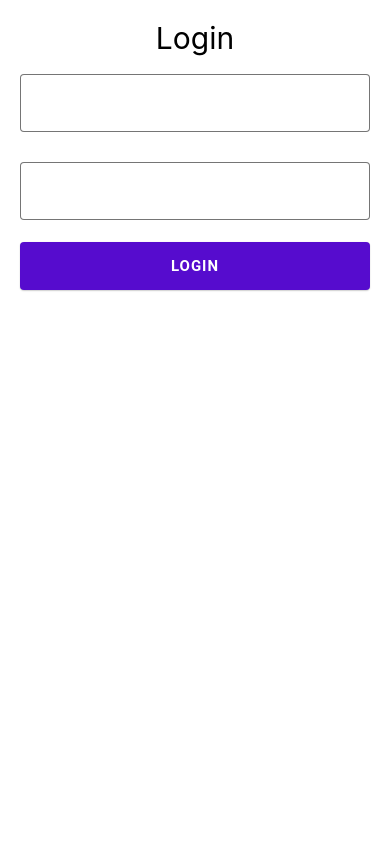
Repository: hatemdiwani/mobile-app
Screen: /
The author's editor kept a copy of each file at every save. The screen is drawn from the files as they stood at one save, then again after the next save.
The app was drawn by React Native's web renderer in a window 390 px wide. The project was rebuilt for these pictures with package versions that can differ from the ones it lists, and the page was loaded fresh each time. Also part of the build but not shown: src/navigation/Home.js.

Above is the screen before, as saved 2022-10-04 14:32:52.

### App.js
/**
 * Sample React Native App
 * https://github.com/facebook/react-native
 *
 * @format
 * @flow strict-local
 */

import React from 'react';
import { Provider } from 'react-redux';
import { Provider as PaperProvider } from 'react-native-paper'
import Main from './src/navigation/Main';
import { store } from './src/redux/app/store';
import { theme } from './src/core/theme';

const App = () => {
  return (
    <Provider store={store}>
      <PaperProvider theme={theme}  >
        <Main />
      </PaperProvider>
    </Provider>
  );
};


export default App;

### src/navigation/Main.js
import React from 'react'
import { useSelector } from 'react-redux'
import Home from './Home'
import Auth from './Auth'
import { View } from 'react-native'
const Main = () => {

    const { token } = useSelector(state => state.auth)

    return (
        <View >
            {
                token
                    ?
                    <Home />
                    :
                    <Auth />
            }
        </View>
    )
}

export default Main

### src/redux/app/store.js
import { configureStore } from '@reduxjs/toolkit';
import authReducer from '../features/authSlice'

export const store = configureStore({
  reducer: {
   auth : authReducer
  }
});

### src/core/theme.js
import { DefaultTheme } from 'react-native-paper'

export const theme = {
  ...DefaultTheme,
  colors: {
    ...DefaultTheme.colors,
    text: '#000000',
    primary: '#560CCE',
    secondary: '#414757',
    error: '#f13a59',
  },
}

### src/navigation/Auth.js
import React from 'react'
import Login from '../screens/auth/Login'

const Auth = () => {
    return (
        <>
            <Login />
        </>
    )
}

export default Auth

### src/redux/features/authSlice.js
import { createSlice } from "@reduxjs/toolkit"

const authSlice = createSlice({
  name: "auth",
  initialState: {
    token: null
  },
  reducers: {
    setToken : (state ,action) => {
        state.token = action.payload.token
    }
  }
})

export const { setToken } = authSlice.actions

export default authSlice.reducer

### src/screens/auth/Login.js
import React, { useState } from 'react'
import { Text, View, StyleSheet } from 'react-native'
import { useDispatch, useSelector } from 'react-redux'
import Button from '../../components/general/Button'
import Input from '../../components/general/Input'
import { setToken } from '../../redux/features/authSlice'
const Login = () => {

    const [username, setusername] = useState('')
    const [password, setpassword] = useState('')

    const dispatch = useDispatch()
    const login = () => {
        fetch('https://dummyjson.com/auth/login', {
            method: 'POST',
            headers: { 'Content-Type': 'application/json' },
            body: JSON.stringify({

                username: username /* 'kminchelle' */,
                password: password /* '0lelplR' */,
                // expiresInMins: 60, // optional
            })
        })
            .then(res => {
                return res.json()
            })
            .then(data => {
                // Work with JSON data here
                console.log(data);
                dispatch(setToken({ toekn: data.token }))
            })
            .then(console.log);
    }

    const {token} = useSelector(state => state.auth)

    return (
        <View style={styles.loginScreen} >
            <Text style={styles.title} >Login</Text>
            <Input value={username} handleChange={text => setusername(text)} />
            <Input value={password} handleChange={text => setpassword(text)} />
            <Button mode="contained" onPress={login}>
                Login
            </Button>
        </View>
    )
}

const styles = StyleSheet.create({
    loginScreen: {
        display: 'flex',
        justifyContent: 'center',
        alignItems: 'center',
        width: '100%',
        height: '100%',
        padding: 20
    },
    title: {
        color: 'black',
        textAlign: 'center',
        fontSize: 30
    }
})

export default Login

### src/components/general/Button.js
import React from 'react'
import { StyleSheet } from 'react-native'
import { Button as PaperButton } from 'react-native-paper'
import { theme } from '../../core/theme'

export default function Button({ mode, style, ...props }) {
  return (
    <PaperButton
      style={[
        styles.button,
        mode === 'outlined' && { backgroundColor: theme.colors.surface },
        style,
      ]}
      labelStyle={styles.text}
      mode={mode}
      {...props}
    />
  )
}

const styles = StyleSheet.create({
  button: {
    width: '100%',
    marginVertical: 10,
    paddingVertical: 2,
  },
  text: {
    fontWeight: 'bold',
    fontSize: 15,
    lineHeight: 26,
  },
})

### src/components/general/Input.js
import React from 'react'
import { View, StyleSheet, Text } from 'react-native'
import { TextInput as Input } from 'react-native-paper'
import { theme } from '../../core/theme'

export default function TextInput({ errorText, description,value , handleChange, ...props }) {
    return (
        <View style={styles.container}>
            <Input

                value={value}
                onChangeText={handleChange}
                style={styles.input}
                selectionColor={theme.colors.primary}
                underlineColor="transparent"
                mode="outlined"
                {...props}
            />
            {description && !errorText ? (
                <Text style={styles.description}>{description}</Text>
            ) : null}
            {errorText ? <Text style={styles.error}>{errorText}</Text> : null}
        </View>
    )
}

const styles = StyleSheet.create({
    container: {
        width: '100%',
        marginVertical: 12,
    },
    input: {
        backgroundColor: theme.colors.surface,
    },
    description: {
        fontSize: 13,
        color: theme.colors.secondary,
        paddingTop: 8,
    },
    error: {
        fontSize: 13,
        color: theme.colors.error,
        paddingTop: 8,
    },
})

After the next save:
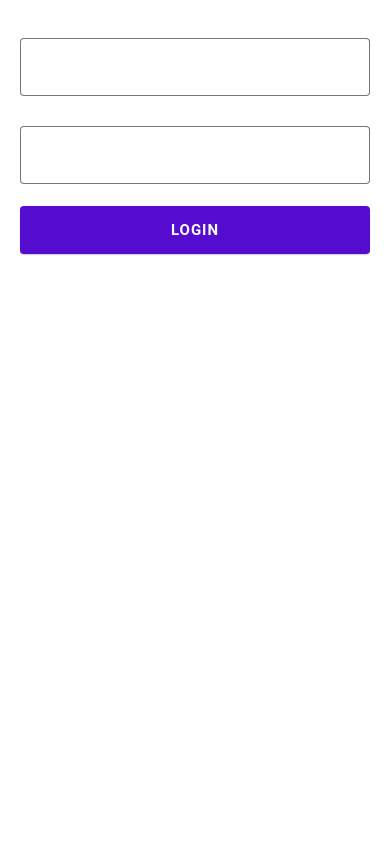
Saved 6 s later.
--- a/src/screens/auth/Login.js
+++ b/src/screens/auth/Login.js
@@ -36,7 +36,7 @@
 
     return (
         <View style={styles.loginScreen} >
-            <Text style={styles.title} >Login</Text>
+            <Text style={styles.title} >{token}</Text>
             <Input value={username} handleChange={text => setusername(text)} />
             <Input value={password} handleChange={text => setpassword(text)} />
             <Button mode="contained" onPress={login}>

After the 4 saves that followed:
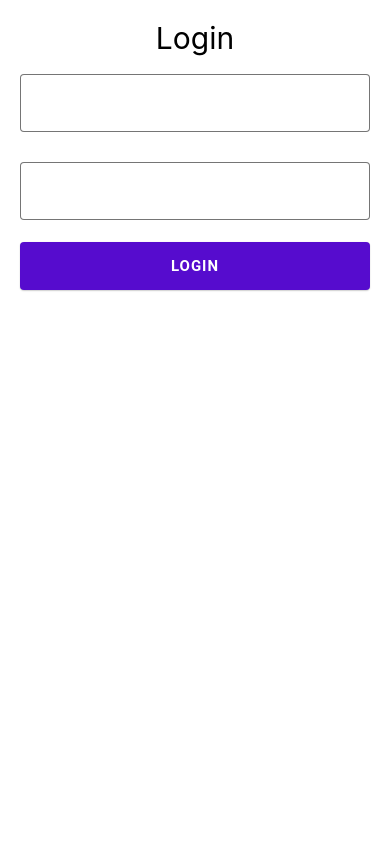
The 4 saves are shown as one change because 3 left the picture as it was.
The last was saved 4 min 10 s later.
--- a/src/screens/auth/Login.js
+++ b/src/screens/auth/Login.js
@@ -27,7 +27,7 @@
             .then(data => {
                 // Work with JSON data here
                 console.log(data);
-                dispatch(setToken({ toekn: data.token }))
+                dispatch(setToken({ token: data.token }))
             })
             .then(console.log);
     }
@@ -36,7 +36,7 @@
 
     return (
         <View style={styles.loginScreen} >
-            <Text style={styles.title} >{token}</Text>
+            <Text style={styles.title} >Login</Text>
             <Input value={username} handleChange={text => setusername(text)} />
             <Input value={password} handleChange={text => setpassword(text)} />
             <Button mode="contained" onPress={login}>
